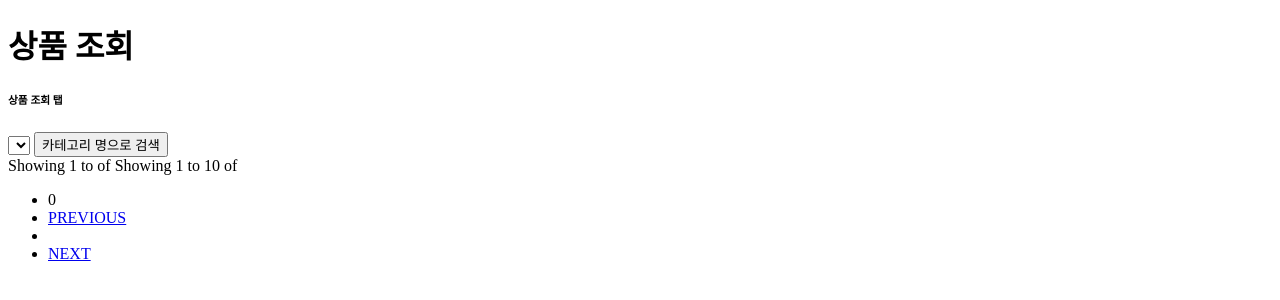
Repository: sww232/springRaelProject
Page: http://localhost/rael/WEB-INF/views/table_ex.jsp
The author's editor kept a copy of each file at every save. The page is drawn from the files as they stood at one save, then again after the next save.
The browser window is 1280 px wide. The pictures show the whole page.
The page is served by Tomcat 9. Nobody is signed in. The template is opened directly, without the code that normally fills it, so the values that code supplies are empty.

Above is the page before, as saved 2022-10-06 17:35:07.

After the next save:
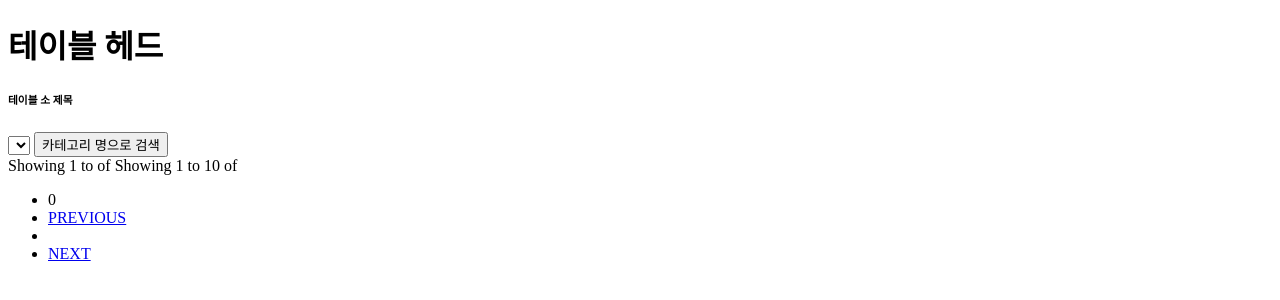
Saved 55 s later.
--- a/raelproject3/rael/src/main/webapp/WEB-INF/views/table_ex.jsp
+++ b/raelproject3/rael/src/main/webapp/WEB-INF/views/table_ex.jsp
@@ -10,10 +10,10 @@
 
 <div class="container-fluid">
 	<!-- Page Heading -->
-	<h1 class="h3 mb-2 text-gray-800">상품 조회</h1>
+	<h1 class="h3 mb-2 text-gray-800">테이블 헤드</h1>
 	<div class="card shadow mb-4">
 		<div class="card-header py-3">
-		    <h6 class="m-0 font-weight-bold text-primary">상품 조회 탭</h6>
+		    <h6 class="m-0 font-weight-bold text-primary">테이블 소 제목</h6>
 		</div>
 		<div class="card-body">
 			<div class="table-responsive">
